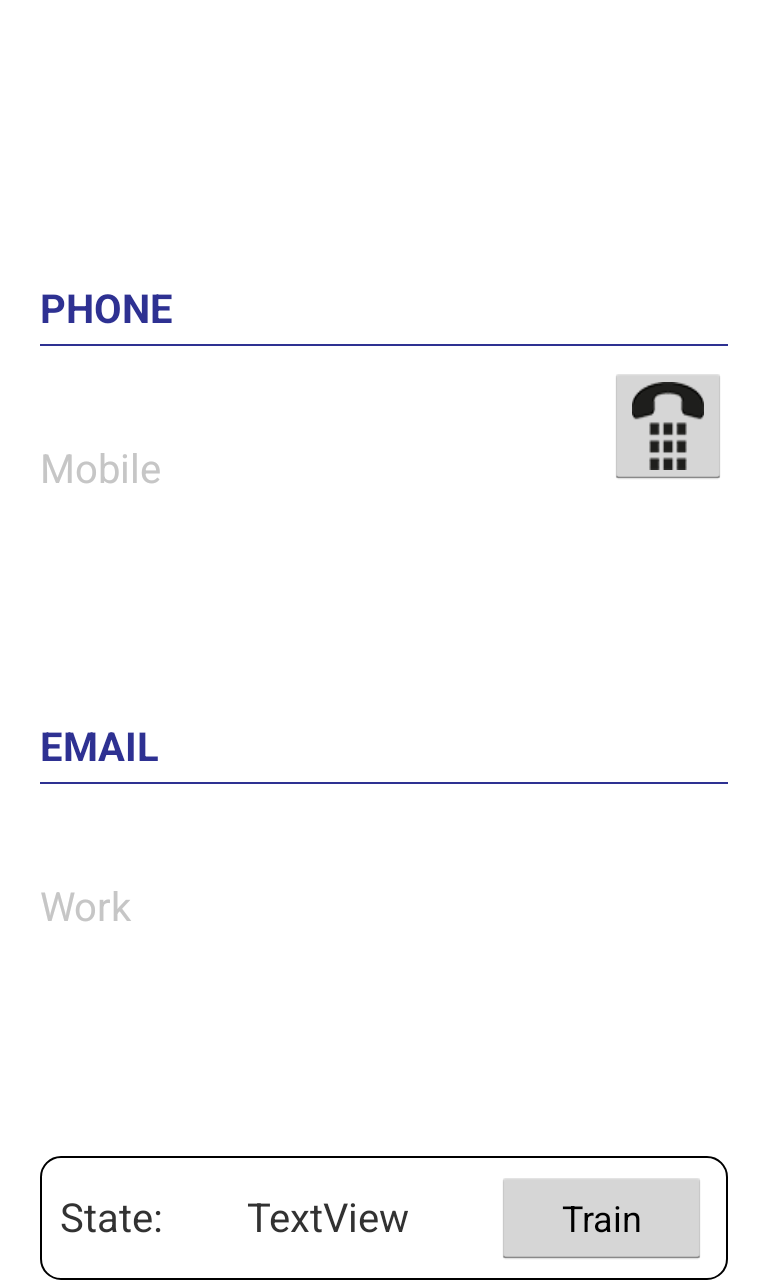
Repository: GitDidNotExitCleanly/FaceLabel
Layout: FaceLabel/res/layout/fragment_member_display.xml
An editor plug-in stored every save of this project. The layout is shown before and after the next save, followed by the edit.
It is drawn on a 768 x 1280 px phone screen (xhdpi) without system bars, with theme AppTheme; the app's code is not run.

Above is the layout before, as saved 2015-05-12 17:07:32.

After the next save:
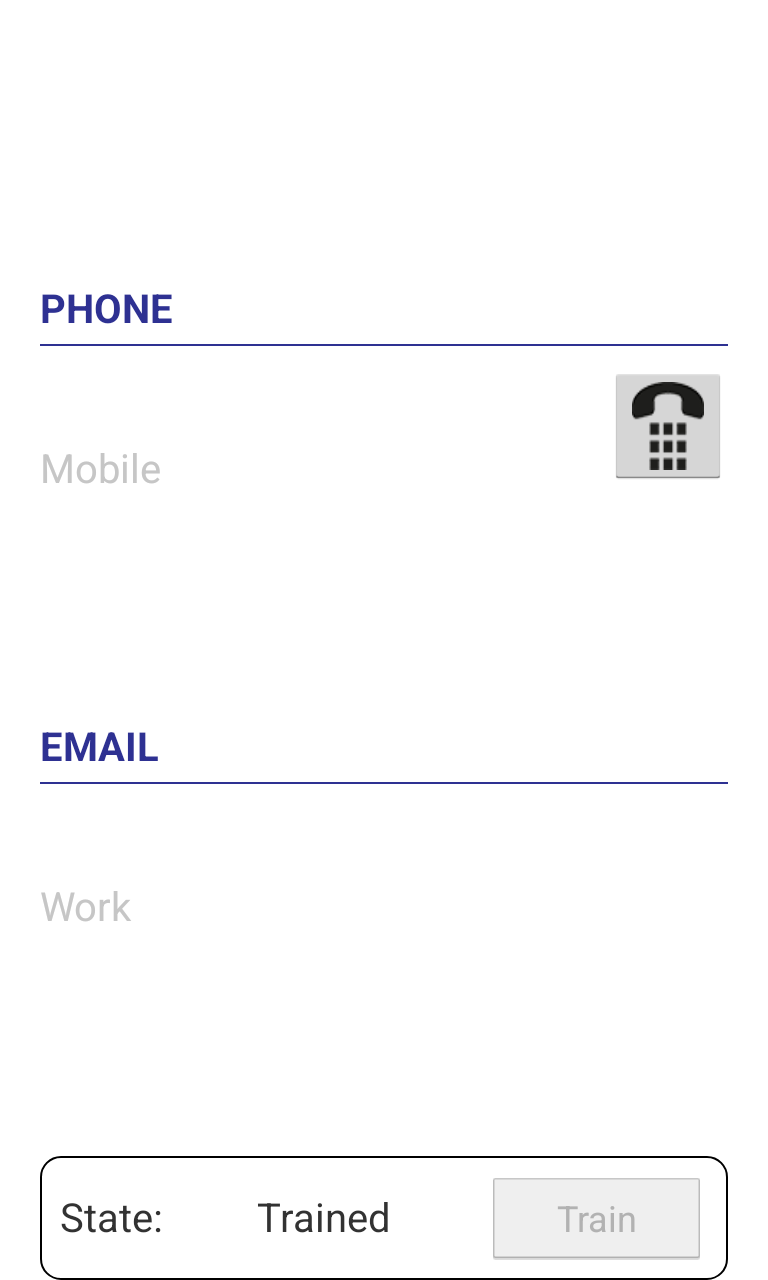
Saved 57 s later.
--- a/FaceLabel/res/layout/fragment_member_display.xml
+++ b/FaceLabel/res/layout/fragment_member_display.xml
@@ -157,13 +157,14 @@
             android:layout_height="wrap_content"
             android:layout_weight="1"
             android:textSize="20sp"
-            android:text="TextView" />
+            android:text="Trained" />
 
         <Button
             android:id="@+id/button1"
             android:layout_width="wrap_content"
             android:layout_height="wrap_content"
             android:layout_weight="1"
+            android:enabled="false"
             android:text="Train" />
 
     </LinearLayout>
